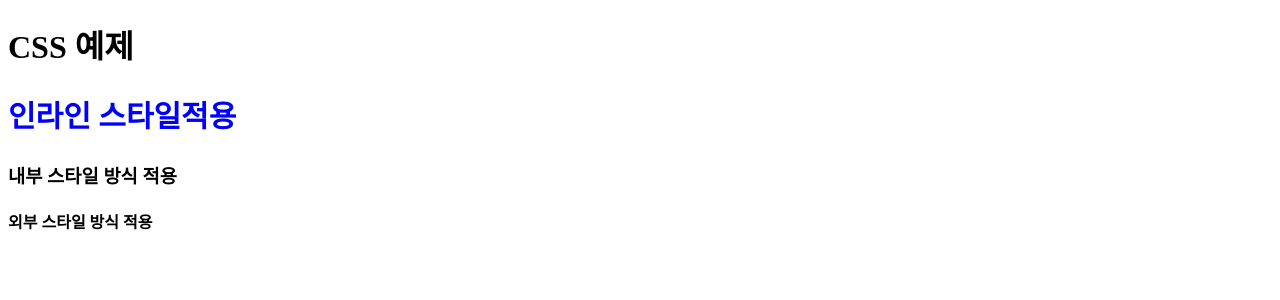
Repository: gus-123/Edu_KCC_HTML
Page: CSS/WebContent/Index.html
An editor plug-in stored every save of this project. The page is shown before and after the next save, followed by the edit.
The browser window is 1280 px wide. The pictures show the whole page.

Above is the page before, as saved 2024-07-09 00:29:49.

### CSS/WebContent/Index.html
<!DOCTYPE html>
<html>
<head>
<meta charset="UTF-8">
<title>Insert title here</title>
</head>
<body>
	<h1>CSS 예제</h1>

	<h2 style="font-family: 돋음;font-size:30px;color:blue">인라인 스타일적용</h2>

	<h3>내부 스타일 방식 적용</h3>

	<h4>외부 스타일 방식 적용</h4>
</body>
</html>

After the next save:
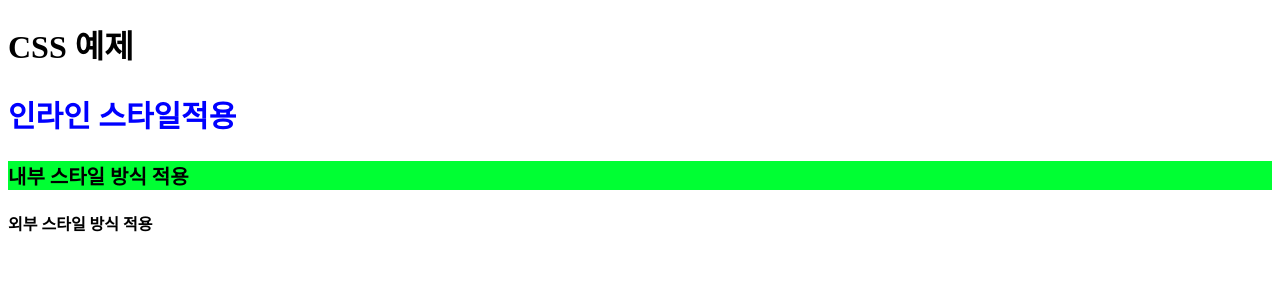
Saved 2 min 13 s later.
--- a/CSS/WebContent/Index.html
+++ b/CSS/WebContent/Index.html
@@ -3,6 +3,12 @@
 <head>
 <meta charset="UTF-8">
 <title>Insert title here</title>
+<style type="text/css">
+	h3 {
+		font-size:20px;
+		background:#00FF33;
+	}
+</style>
 </head>
 <body>
 	<h1>CSS 예제</h1>
